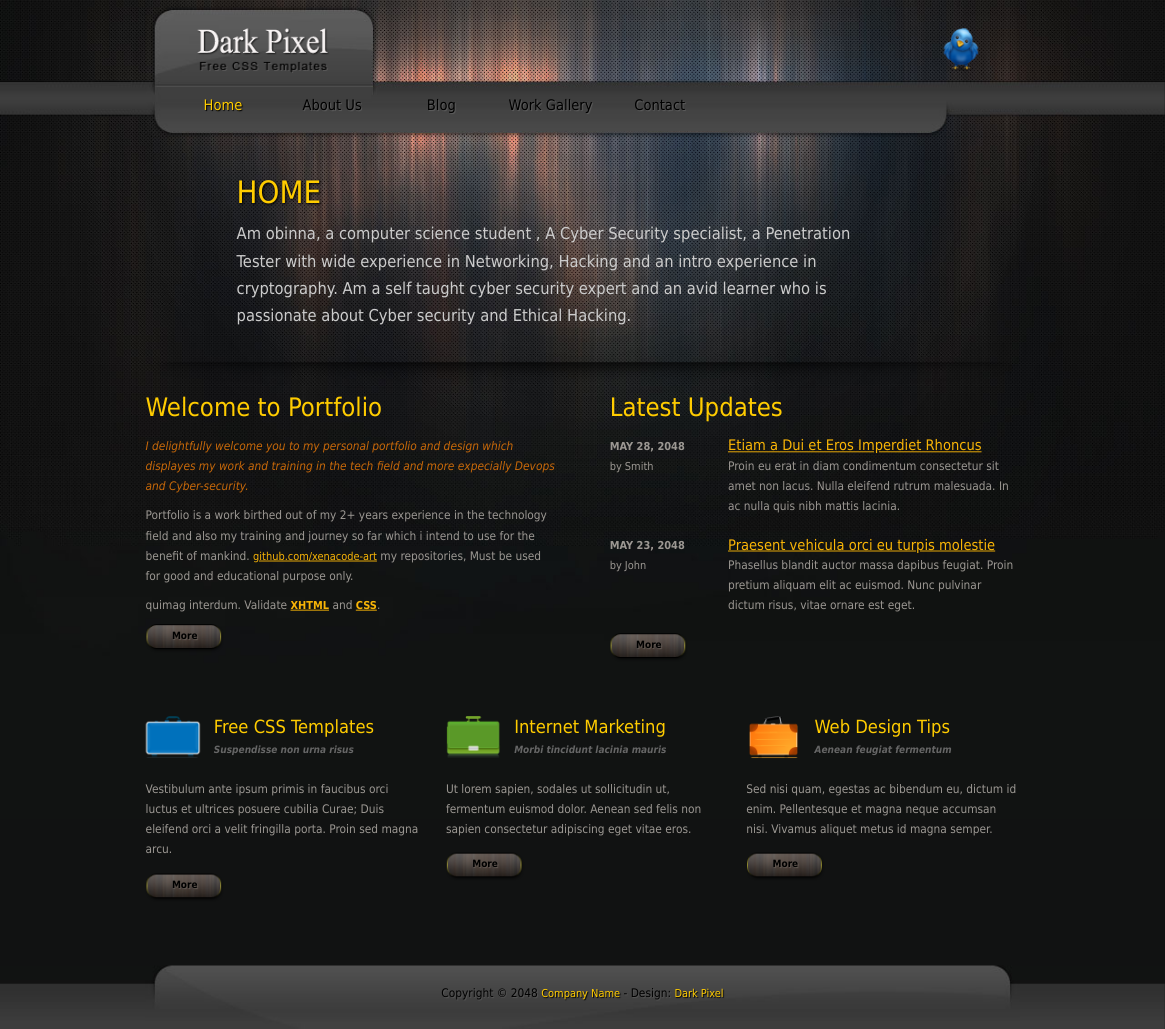
Repository: xenacode-art/Portfolio
Page: 2020_dark_pixel/index.html
These files come from the project's save history. The page is drawn as it stood at one moment and after a run of saves; the edit follows.
The browser window is 1280 px wide. The pictures show the whole page, at 91% of full size.
Pictures or frames that could not be fetched are drawn as grey boxes.

Above is the page before, as saved 2022-03-07 22:07:34.

After the next 4 saves:
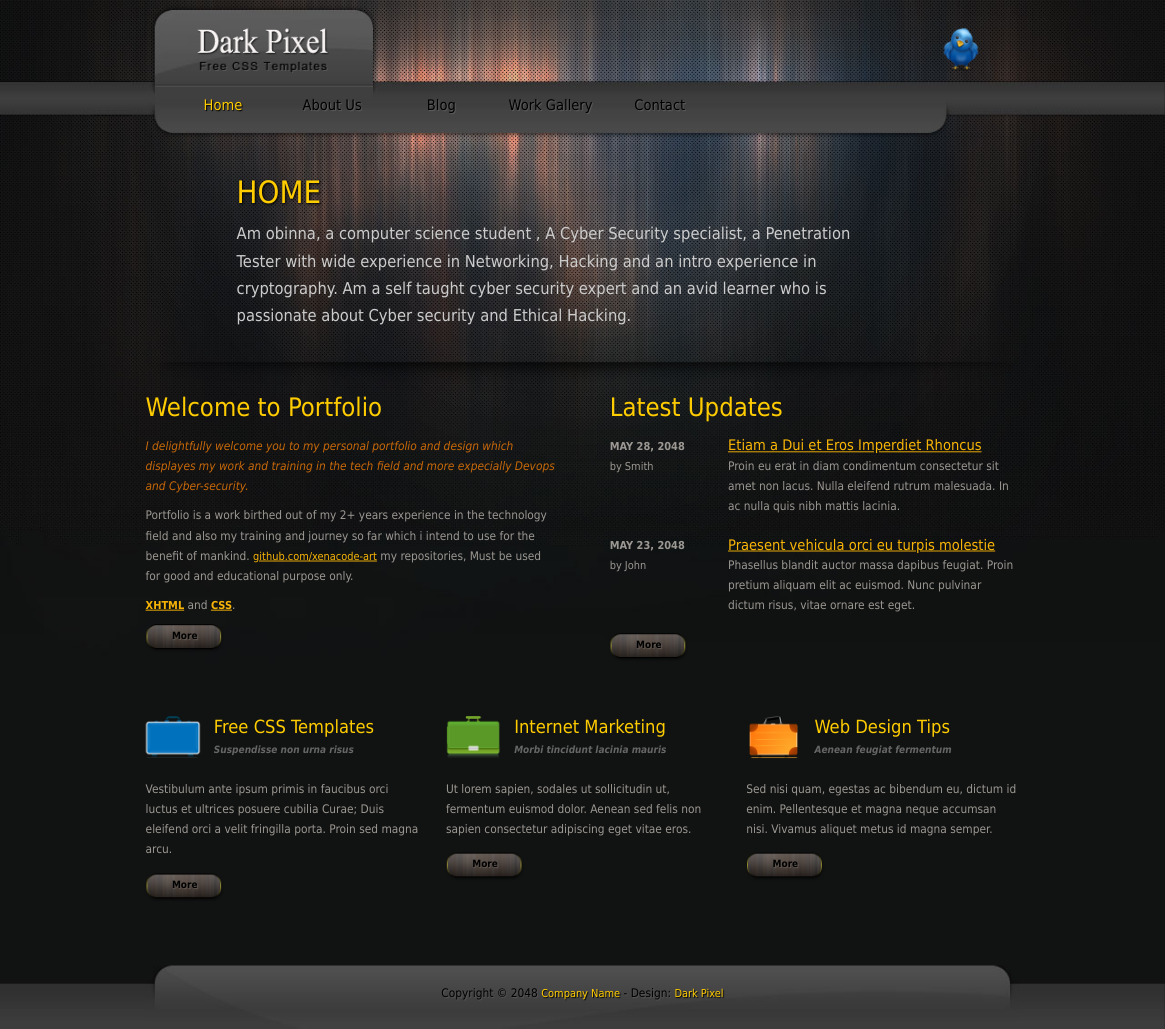
The 4 saves are shown as one change because they came seconds apart.
The last was saved 13 s later.
--- a/2020_dark_pixel/index.html
+++ b/2020_dark_pixel/index.html
@@ -50,7 +50,7 @@
                     <h2>Welcome to Portfolio</h2>
                     <p><em> I delightfully welcome you to my personal portfolio and design which displayes my work and training in the tech field and more expecially Devops and Cyber-security.</em></p>
                      <p>Portfolio is a work birthed  out of my 2+ years experience in the technology field and also my training and journey so far which i intend to use for the benefit of mankind. <a rel="nofollow" href="http://www.tooplate.com">github.com/xenacode-art</a> my repositories, Must be used for good and educational purpose only.<!----Credits go to <a rel="nofollow" href="http://www.vectorvaco.com">Free Vectors</a> for Vector Icons and <a rel="nofollow" href="http://www.photovaco.com">Free Photos</a> for photos used in this website template.</p> -->
-                    <p>quimag interdum. Validate <a href="http://validator.w3.org/check?uri=referer" rel="nofollow"><strong>XHTML</strong></a> and <a href="http://jigsaw.w3.org/css-validator/check/referer" rel="nofollow"><strong>CSS</strong></a>.</p>
+                    <p> <a href="http://validator.w3.org/check?uri=referer" rel="nofollow"><strong>XHTML</strong></a> and <a href="http://jigsaw.w3.org/css-validator/check/referer" rel="nofollow"><strong>CSS</strong></a>.</p>
                     <a class="more" href="#">More</a>
                 </div>
 
